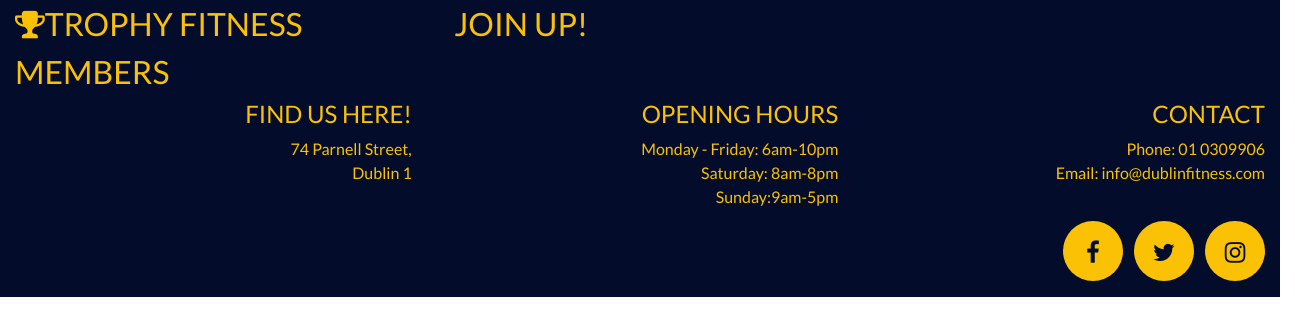
Repository: Code-Institute-Submissions/conbonbom-Milestone-project-1
Page: index.html
The author's editor kept a record of every edit. The page is drawn from the files as they stood at one moment, then again after the next edit.
The browser window is 1280 px wide. The page is 1295 px wide, so the pictures cover 1295 px, including what lies to the right of the window. The pictures show the whole page.

Above is the page before.

### index.html
<!DOCTYPE html>
<html lang="en">

<head>
    <meta charset="UTF-8">
    <meta name="viewport" content="width=device-width, initial-scale=1.0">
    <meta http-equiv="X-UA-Compatible" content="ie=edge">
    <link rel="stylesheet" href="https://stackpath.bootstrapcdn.com/bootstrap/4.3.1/css/bootstrap.min.css" type="text/css" />
    <link rel="stylesheet" href="https://stackpath.bootstrapcdn.com/font-awesome/4.7.0/css/font-awesome.min.css" type="text/css" />
    <link rel="stylesheet" href="Assets/style.css" type="text/css" />
    <title>Document</title>
</head>

<body>
    <header>
        <div class="row ">
            <div class="col">
                <ul class="list-inline uppercase">
                    <li class="col-8 col-sm-4 list-inline-item nav-item">
                        <a href="#"><i class="fa fa-trophy"></i>Trophy Fitness
                     </a>
                    </li>
                    <li class="col-8 col-sm-4 list-inline-item nav-item">
                        <a href="#">
                        Join up!
                        </a>
                    </li>
                    <li class="col-8 col-sm-4 list-inline-item nav-item">
                        <a href="#">
                        Members
                        </a>
                    </li>
            </div>
        </div>
    </header>
    <section>

    </section>
    <footer class="container-fluid">
        <div class="row">
            <div class="footer-section col-sm-4">
                <h4 class="uppercase">Find us here!</h3>
                    <p>74 Parnell Street,<br/>Dublin 1</p>
            </div>
            <div class="footer-section col-sm-4">
                <h4 class="uppercase general-sub">Opening Hours</h3>
                    <p>Monday - Friday: 6am-10pm <br/> Saturday: 8am-8pm<br/> Sunday:9am-5pm
                    </p>
            </div>
            <div class="footer-section col-sm-4">
                <h4 class="uppercase">Contact</h3>
                    <p>Phone: 01 0309906 <br/> Email: info@dublinfitness.com
                        <ul class="list-inline social">
                            <li class="list-inline-item">
                                <a target="_blank" href="#">
                         <i class="fa fa-facebook"></i>
                     </a>
                            </li>
                            <li class="list-inline-item">
                                <a target="_blank" href="#">
                         <i class="fa fa-twitter"></i>
                     </a>
                            </li>
                            <li class="list-inline-item">
                                <a target="_blank" href="#">
                         <i class="fa fa-instagram"></i>
                     </a>
                            </li>

                        </ul>
                        <p/>
            </div>
        </div>
    </footer>
</body>

</html>

### Assets/style.css
@import url('https://fonts.googleapis.com/css?family=Lato&display=swap:100, 200, 300, 400, 500, 600, 700');
.uppercase {
    text-transform: uppercase;
}

/*-------------header*/

header {
    background-color: #030d2b;
    height: 100px;
    font-size: 100%;

}

.nav-item a {
    font-family: 'Lato', sans-serif;
    font-size: 2em;
    color: #fac105;
    background-color: #030d2b;
}

.logo {
    font-size: 32px;
    color: white;
}

/*-------------footer*/

footer {
    font-family: 'Lato', sans-serif;
    color: #fac105;
    background-color: #030d2b;
}

.footer-section {
    text-align: right;
    font-weight: 300;

}

.social {
    padding-top: 20px;
}

.social li a i {
    width: 60px;
    height: 60px;
    padding: 24px 0;
    font-size: 24px;
    line-height: 14px;
    border-radius: 50%;
    color: #030d2b;
    background: #fac105;
    text-align: center;
    transition: all 0.5s ease-in-out;
    -moz-transition: all 0.5s ease-in-out;
    -webkit-transition: all 0.5s ease-in-out;
    -o-transition: all 0.5s ease-in-out;
}

.social li a i:hover {
    color: #fac105;
    background: #030d2b;
}

After the next edit:
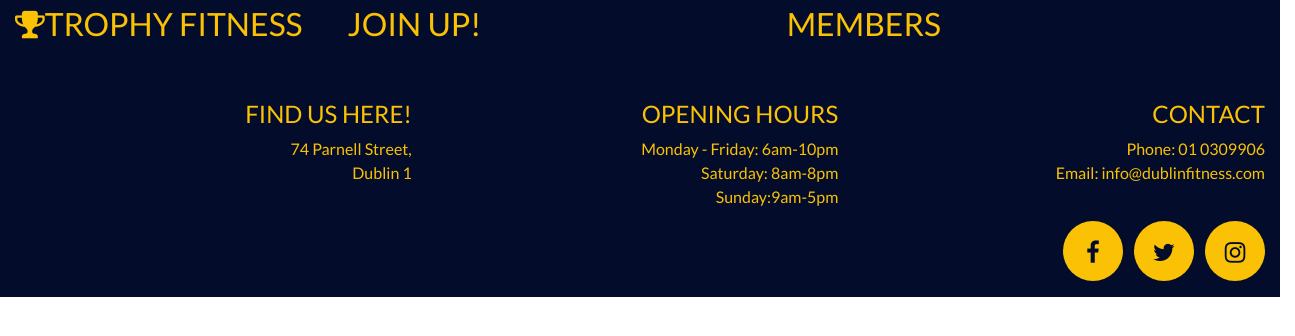
The edit:
--- a/index.html
+++ b/index.html
@@ -16,7 +16,7 @@
         <div class="row ">
             <div class="col">
                 <ul class="list-inline uppercase">
-                    <li class="col-8 col-sm-4 list-inline-item nav-item">
+                    <li class="col-8 col-sm-3 list-inline-item nav-item">
                         <a href="#"><i class="fa fa-trophy"></i>Trophy Fitness
                      </a>
                     </li>
